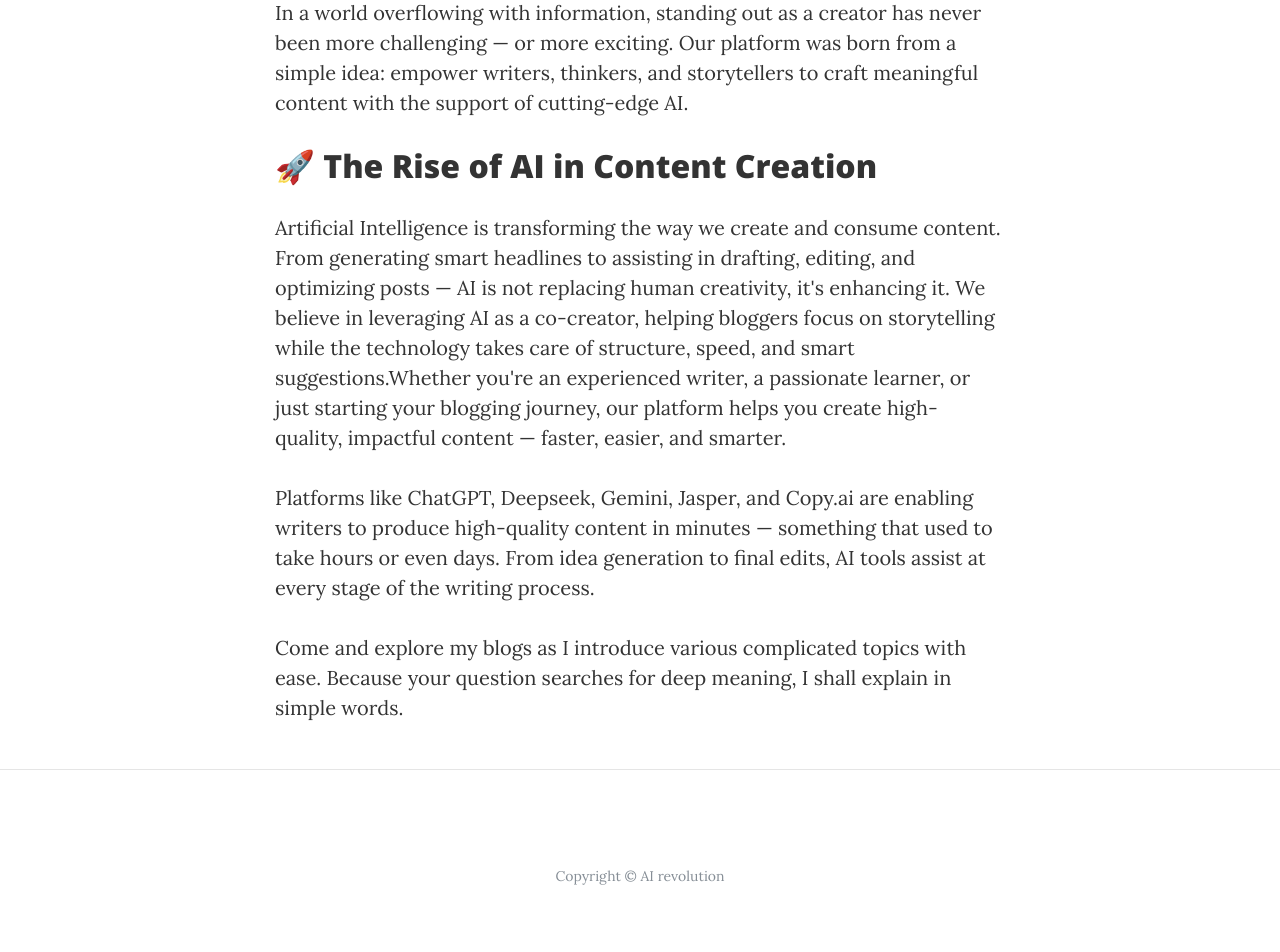
Repository: wahibkhannn/WriteWise-AI_blogging
Page: http://localhost/about
An editor plug-in stored every save of this project. The page is shown before and after the next save, followed by the edit.
The browser window is 1280 px wide. The pictures show the part of the page from y = 827 to 1779 px (the page is 1779 px tall before and 1629 px after).
Some web fonts or font styles are not loaded; a fallback is used. The page is served by the project's application, run on Flask 3 (app.py).

Above is the page before, as saved 2025-07-01 14:19:45.

### templates/about.html
<!DOCTYPE html>
<html lang="en">

<head>

  <meta charset="utf-8">
  <meta name="viewport" content="width=device-width, initial-scale=1, shrink-to-fit=no">
  <meta name="description" content="">
  <meta name="author" content="">

  <title>Blog Speaks</title>

  <link href="{{ url_for('static', filename='bootstrap.min.css') }}" rel="stylesheet">
  <link href="{{ url_for('static', filename='font-awesome.min.css') }}" rel="stylesheet" type="text/css">
  <link href='https://fonts.googleapis.com/css?family=Lora:400,700,400italic,700italic' rel='stylesheet'
    type='text/css'>
  <link
    href='https://fonts.googleapis.com/css?family=Open+Sans:300italic,400italic,600italic,700italic,800italic,400,300,600,700,800'
    rel='stylesheet' type='text/css'>
  <link href="{{ url_for('static', filename='blog.min.css') }}" rel="stylesheet">

</head>

<body>

  <!-- Navigation -->
  <nav class="navbar navbar-expand-lg navbar-light fixed-top" id="mainNav">
    <div class="container">
      <a class="navbar-brand" href="{{ url_for('index') }}">Blog Speaks</a>
      <button class="navbar-toggler navbar-toggler-right" type="button" data-toggle="collapse"
        data-target="#navbarResponsive" aria-controls="navbarResponsive" aria-expanded="false"
        aria-label="Toggle navigation">
        Menu
        <i class="fa fa-bars"></i>
      </button>
      <div class="collapse navbar-collapse" id="navbarResponsive">
        <ul class="navbar-nav ml-auto">
          <li class="nav-item">
            <a class="nav-link" href="{{ url_for('index') }}">Home</a>
          </li>
          <li class="nav-item">
            <a class="nav-link" href="{{ url_for('about') }}">About Me</a>
          </li>
          <li class="nav-item">
            <a class="nav-link" href="{{ url_for('add') }}">Add</a>
          </li>
          <li class="nav-item">
            <a class="nav-link" href="{{ url_for('delete') }}">Delete</a>
          </li>
        </ul>
      </div>
    </div>
  </nav>

  <!-- Page Header -->
  <header class="masthead" style="background-image: url('{{ url_for('static', filename='about_me.jpg') }}')">
    <div class="container">
      <div class="row">
        <div class="col-lg-8 col-md-10 mx-auto">
          <div class="page-heading">
            <h1>AI revolution</h1>
            <span class="subheading">Revolutionizing WriteWise AI: The Future of Content Creation</span>
          </div>
        </div>
      </div>
    </div>
  </header>

  <!-- Main Content -->
  <div class="container">
    <div class="row">
      <div class="col-lg-8 col-md-10 mx-auto">
        <h2>Revolutionizing WriteWise AI: The Future of Content Creation</h2>
        <p>Welcome to WriteWise AI, where the future of blogging meets the power of Artificial Intelligence.</p>
        <br>
        <p>In a world overflowing with information, standing out as a creator has never been more challenging — or more exciting. Our platform was born from a simple idea: empower writers, thinkers, and storytellers to craft
        meaningful content with the support of cutting-edge AI.</p>
        <h2>🚀 The Rise of AI in Content Creation</h2>
        <p>Artificial Intelligence is transforming the way we create and consume content. From generating smart headlines to assisting in drafting, editing, and optimizing posts — AI is not replacing human creativity, it's enhancing it. We believe in leveraging AI as a co-creator, helping bloggers focus on storytelling while the technology takes care of structure, speed, and smart suggestions.Whether you're an experienced writer, a passionate learner, or just starting your blogging journey, our platform helps you create high-quality, impactful content — faster, easier, and smarter.</p>

        <p>Platforms like ChatGPT, Deepseek, Gemini, Jasper, and Copy.ai are enabling writers to produce high-quality content in minutes — something that used to take hours or even days. From idea generation to final edits, AI
        tools assist at every stage of the writing process.</p>
        <p>Come and explore my blogs as I introduce various complicated topics with ease. Because your question searches for deep meaning, I shall explain in simple words.</p>
      </div>
    </div>
  </div>

  <hr>

  <!-- Footer -->
  <footer>
    <div class="container">
      <div class="row">
        <div class="col-lg-8 col-md-10 mx-auto">
          <p class="copyright text-muted">Copyright &copy; AI revolution</p>
        </div>
      </div>
    </div>
  </footer>

  <script src="{{ url_for('static', filename='jquery.min.js') }}"></script>
  <script src="{{ url_for('static', filename='popper.min.js') }}"></script>
  <script src="{{ url_for('static', filename='bootstrap.min.js') }}"></script>
  <script src="{{ url_for('static', filename='blog.min.js') }}"></script>

</body>

</html>

### app.py
from flask import Flask, render_template, request, redirect, url_for
from flask_sqlalchemy import SQLAlchemy
from datetime import datetime

app = Flask(__name__)

app.config['SQLALCHEMY_DATABASE_URI'] = 'sqlite:///F:/STUDY/Projects/18BLC1131_DA1/blog_speaks/blog.db'

db = SQLAlchemy(app)

class Blogpost(db.Model):
    id = db.Column(db.Integer, primary_key=True)
    title = db.Column(db.String(50))
    subtitle = db.Column(db.String(50))
    author = db.Column(db.String(20))
    date_posted = db.Column(db.DateTime)
    content = db.Column(db.Text)

@app.route('/')
def index():
    posts = Blogpost.query.order_by(Blogpost.date_posted.desc()).all()
    return render_template('index.html', posts=posts)

@app.route('/about')
def about():
    return render_template('about.html')

@app.route('/post/<int:post_id>')
def post(post_id):
    post = Blogpost.query.filter_by(id=post_id).one()
    return render_template('post.html', post=post)

@app.route('/add')
def add():
    return render_template('add.html')

@app.route('/delete')
def delete():
    posts = Blogpost.query.order_by(Blogpost.date_posted.desc()).all()
    return render_template('delete.html', posts=posts)

@app.route('/addpost', methods=['POST'])
def addpost():
    title = request.form['title']
    subtitle = request.form['subtitle']
    author = request.form['author']
    content = request.form['content']

    post = Blogpost(title=title, subtitle=subtitle, author=author, content=content, date_posted=datetime.now())

    db.session.add(post)
    db.session.commit()

    return redirect(url_for('index'))

@app.route('/deletepost', methods=['DELETE','POST'])
def deletepost():
    post_id = request.form.get("post_id")

    post = Blogpost.query.filter_by(id=post_id).first()

    db.session.delete(post)
    db.session.commit()

    return redirect(url_for('index'))

if __name__ == '__main__':
    app.run(debug=True)

### static/blog.min.js
!function(i){"use strict";i("body").on("input propertychange",".floating-label-form-group",function(o){i(this).toggleClass("floating-label-form-group-with-value",!!i(o.target).val())}).on("focus",".floating-label-form-group",function(){i(this).addClass("floating-label-form-group-with-focus")}).on("blur",".floating-label-form-group",function(){i(this).removeClass("floating-label-form-group-with-focus")});if(i(window).width()>1170){var o=i("#mainNav").height();i(window).on("scroll",{previousTop:0},function(){var s=i(window).scrollTop();s<this.previousTop?s>0&&i("#mainNav").hasClass("is-fixed")?i("#mainNav").addClass("is-visible"):i("#mainNav").removeClass("is-visible is-fixed"):s>this.previousTop&&(i("#mainNav").removeClass("is-visible"),s>o&&!i("#mainNav").hasClass("is-fixed")&&i("#mainNav").addClass("is-fixed")),this.previousTop=s})}}(jQuery);

Loaded but not shown: static/bootstrap.min.css (library); static/font-awesome.min.css (library); static/blog.min.css (library); static/jquery.min.js (library); static/popper.min.js (library); static/bootstrap.min.js (library)

After the next save:
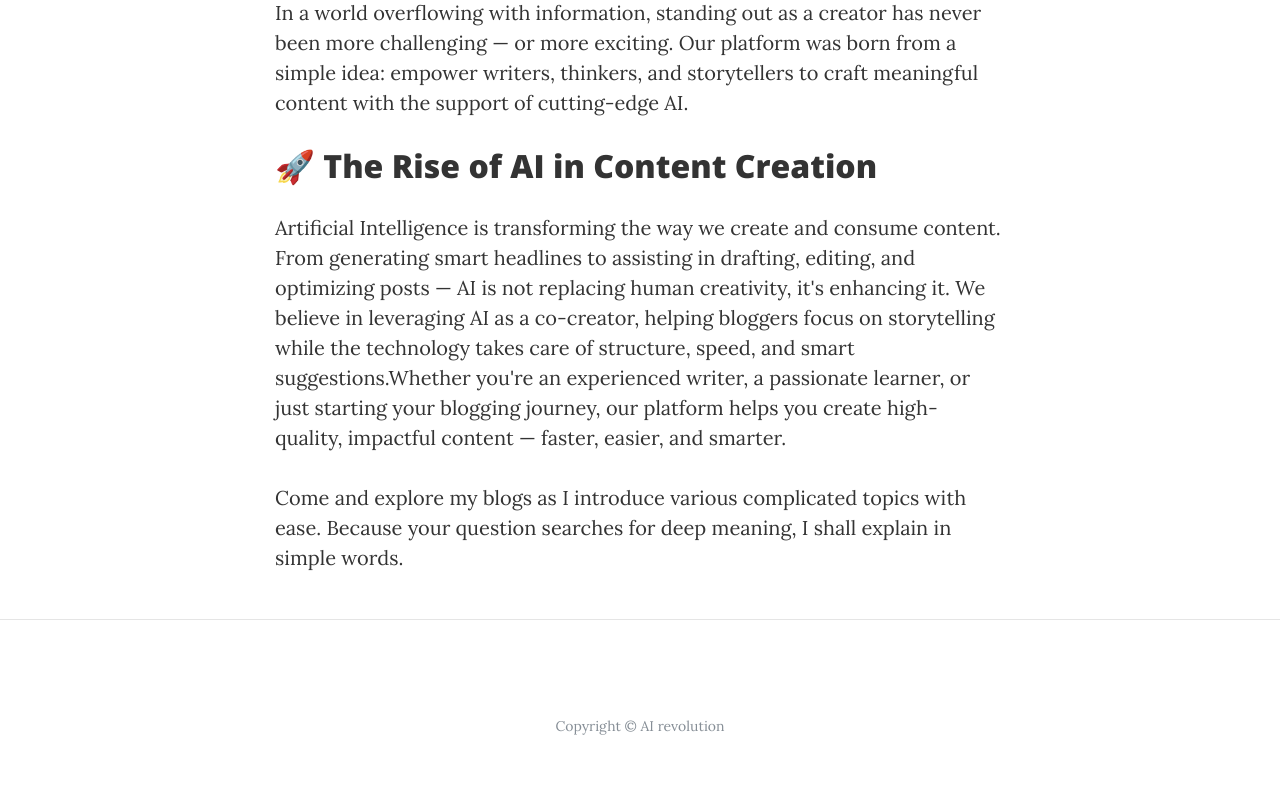
Saved 31 s later.
--- a/templates/about.html
+++ b/templates/about.html
@@ -78,8 +78,6 @@
         <h2>🚀 The Rise of AI in Content Creation</h2>
         <p>Artificial Intelligence is transforming the way we create and consume content. From generating smart headlines to assisting in drafting, editing, and optimizing posts — AI is not replacing human creativity, it's enhancing it. We believe in leveraging AI as a co-creator, helping bloggers focus on storytelling while the technology takes care of structure, speed, and smart suggestions.Whether you're an experienced writer, a passionate learner, or just starting your blogging journey, our platform helps you create high-quality, impactful content — faster, easier, and smarter.</p>
 
-        <p>Platforms like ChatGPT, Deepseek, Gemini, Jasper, and Copy.ai are enabling writers to produce high-quality content in minutes — something that used to take hours or even days. From idea generation to final edits, AI
-        tools assist at every stage of the writing process.</p>
         <p>Come and explore my blogs as I introduce various complicated topics with ease. Because your question searches for deep meaning, I shall explain in simple words.</p>
       </div>
     </div>
